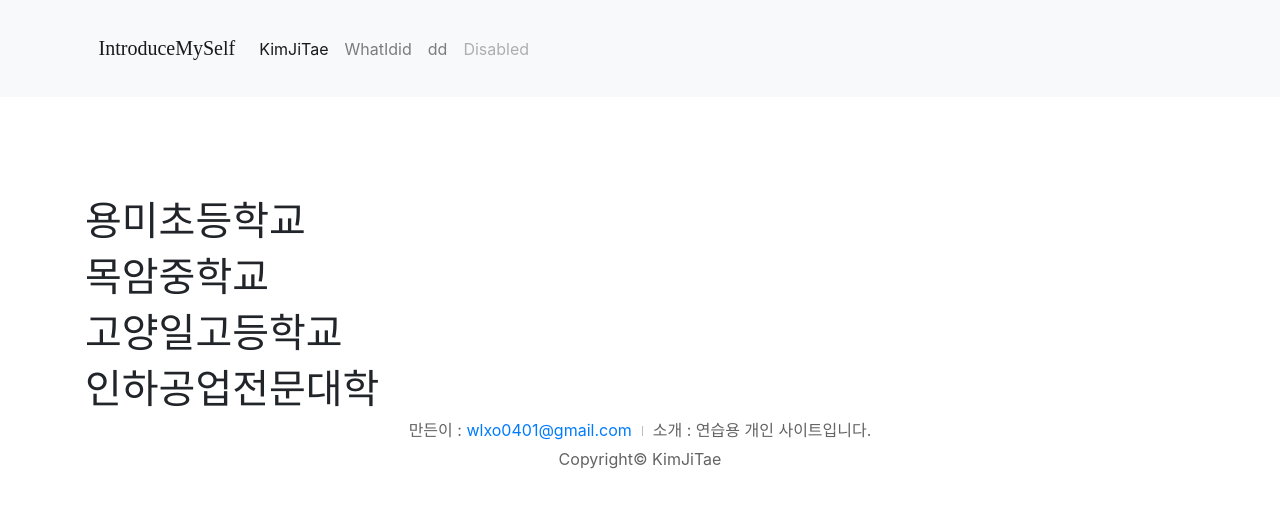
Repository: wlxo0401/IntroduveMySelf
Page: IntroduceMySelf/WebContent/KimJiTae.html
The author's editor kept a copy of each file at every save. The page is drawn from the files as they stood at one save, then again after the next save.
The browser window is 1280 px wide. The pictures show the whole page.

Above is the page before, as saved 2020-03-11 06:40:11.

After the next save:
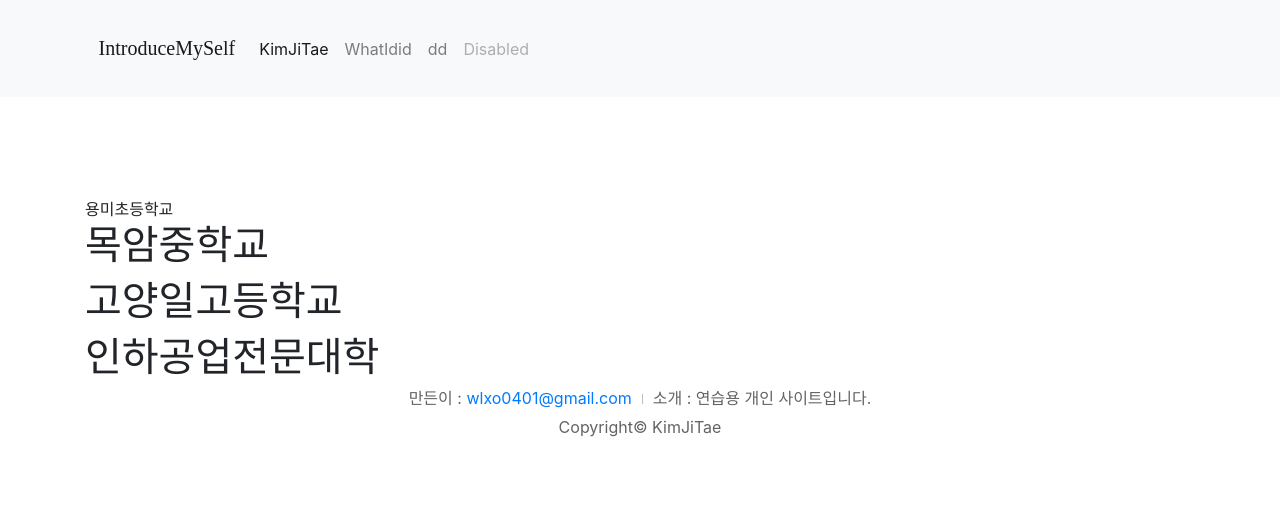
Saved 89 s later.
--- a/IntroduceMySelf/WebContent/KimJiTae.html
+++ b/IntroduceMySelf/WebContent/KimJiTae.html
@@ -42,7 +42,12 @@
 	<!-- //header -->
 	<!-- container -->
 	<div class = "container">
+		<div class = "ElementarySchool"
 		<h1>용미초등학교</h1>
+
+
+
+
 
 		<h1>목암중학교</h1>
 

After the save that followed:
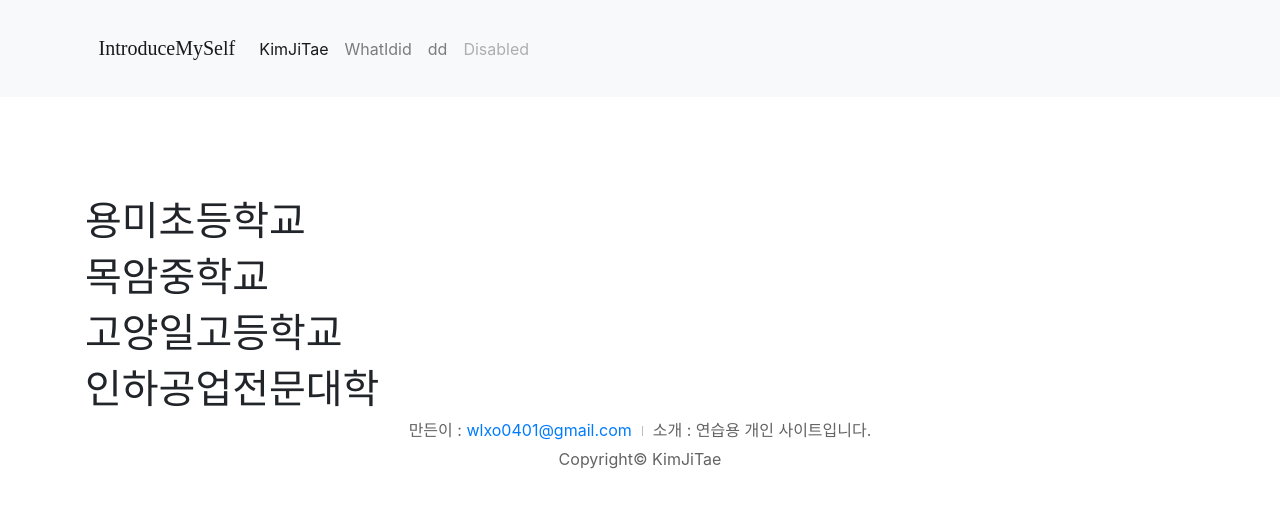
Saved 9 s later.
--- a/IntroduceMySelf/WebContent/KimJiTae.html
+++ b/IntroduceMySelf/WebContent/KimJiTae.html
@@ -42,8 +42,9 @@
 	<!-- //header -->
 	<!-- container -->
 	<div class = "container">
-		<div class = "ElementarySchool"
-		<h1>용미초등학교</h1>
+		<div class = "ElementarySchool">
+			<h1>용미초등학교</h1>
+		</div>
 
 
 
